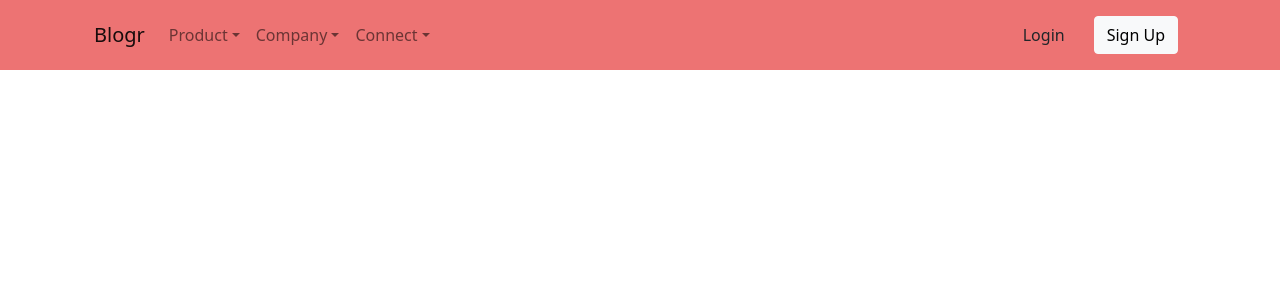
Repository: badhon252/blogr-landing-page
Page: /
These files come from the project's save history. The page is drawn as it stood at one moment and after the next save; the edit follows.
The browser window is 1280 px wide. The pictures show the whole page.
The project was rebuilt for these pictures with package versions that can differ from the ones it lists, and the page was loaded fresh each time.

Above is the page before, as saved 2022-01-17 22:05:05.

### public/index.html
<!DOCTYPE html>
<html lang="en">

<head>
  <meta charset="utf-8" />
  <link rel="icon" href="%PUBLIC_URL%/favicon.ico" />
  <meta name="viewport" content="width=device-width, initial-scale=1" />
  <meta name="theme-color" content="#000000" />
  <meta name="description" content="Web site created using create-react-app" />
  <link rel="apple-touch-icon" href="%PUBLIC_URL%/logo192.png" />

  <link rel="manifest" href="%PUBLIC_URL%/manifest.json" />
  <!-- Bootstrap css  -->
  <link href="https://cdn.jsdelivr.net/npm/bootstrap@5.1.3/dist/css/bootstrap.min.css" rel="stylesheet"
    integrity="sha384-1BmE4kWBq78iYhFldvKuhfTAU6auU8tT94WrHftjDbrCEXSU1oBoqyl2QvZ6jIW3" crossorigin="anonymous">


  <title>Blogr</title>
</head>

<body>
  <noscript>You need to enable JavaScript to run this app.</noscript>
  <div id="root"></div>

  <!-- Bootstrap js  -->
  <script src="https://cdn.jsdelivr.net/npm/bootstrap@5.1.3/dist/js/bootstrap.bundle.min.js"
    integrity="sha384-ka7Sk0Gln4gmtz2MlQnikT1wXgYsOg+OMhuP+IlRH9sENBO0LRn5q+8nbTov4+1p"
    crossorigin="anonymous"></script>

</body>

</html>

### src/App.js
import Maincomp from "./components/MainComp";

function App() {
  return (
    <div className="App">
      <Maincomp />
    </div>
  );
}

export default App;

### src/components/MainComp.js
import React from "react";
import Header from "./Header/Header";

const Maincomp = () => {
  return (
    <div>
      <Header />
    </div>
  );
};

export default Maincomp;

### src/components/Header/Header.js
import React from "react";
import Nav from "./Nav";
import "../styles/index.css";

export default function Header() {
  return (
    <div className="header">
      <div className="container">
        <Nav />
      </div>
    </div>
  );
}

### src/components/Header/Nav.js
import React from "react";

const Nav = () => {
  return (
    <div>
      <nav className="navbar navbar-expand-lg navbar-light">
        <div className="container-fluid">
          <a className="navbar-brand" href="/">
            Blogr
          </a>
          <button
            className="navbar-toggler"
            type="button"
            data-bs-toggle="collapse"
            data-bs-target="#navbarSupportedContent"
            aria-controls="navbarSupportedContent"
            aria-expanded="false"
            aria-label="Toggle navigation"
          >
            <span className="navbar-toggler-icon"></span>
          </button>
          <div className="collapse navbar-collapse" id="navbarSupportedContent">
            <ul className="navbar-nav mb-2 mb-lg-0">
              <li className="nav-item dropdown">
                <a
                  className="nav-link dropdown-toggle"
                  href="/"
                  id="navbarDropdown"
                  role="button"
                  data-bs-toggle="dropdown"
                  aria-expanded="false"
                >
                  Product
                </a>
                <ul className="dropdown-menu" aria-labelledby="navbarDropdown">
                  <li>
                    <a className="dropdown-item" href="/">
                      Action
                    </a>
                  </li>
                  <li>
                    <a className="dropdown-item" href="/">
                      Another action
                    </a>
                  </li>
                  <li>
                    <hr className="dropdown-divider" />
                  </li>
                  <li>
                    <a className="dropdown-item" href="/">
                      Something else here
                    </a>
                  </li>
                </ul>
              </li>{" "}
              <li className="nav-item dropdown">
                <a
                  className="nav-link dropdown-toggle"
                  href="/"
                  id="navbarDropdown"
                  role="button"
                  data-bs-toggle="dropdown"
                  aria-expanded="false"
                >
                  Company
                </a>
                <ul className="dropdown-menu" aria-labelledby="navbarDropdown">
                  <li>
                    <a className="dropdown-item" href="/">
                      Action
                    </a>
                  </li>
                  <li>
                    <a className="dropdown-item" href="/">
                      Another action
                    </a>
                  </li>
                  <li>
                    <hr className="dropdown-divider" />
                  </li>
                  <li>
                    <a className="dropdown-item" href="/">
                      Something else here
                    </a>
                  </li>
                </ul>
              </li>{" "}
              <li className="nav-item dropdown">
                <a
                  className="nav-link dropdown-toggle"
                  href="/"
                  id="navbarDropdown"
                  role="button"
                  data-bs-toggle="dropdown"
                  aria-expanded="false"
                >
                  Connect
                </a>
                <ul className="dropdown-menu" aria-labelledby="navbarDropdown">
                  <li>
                    <a className="dropdown-item" href="/">
                      Action
                    </a>
                  </li>
                  <li>
                    <a className="dropdown-item" href="/">
                      Another action
                    </a>
                  </li>
                  <li>
                    <hr className="dropdown-divider" />
                  </li>
                  <li>
                    <a className="dropdown-item" href="/">
                      Something else here
                    </a>
                  </li>
                </ul>
              </li>
            </ul>
            {/* login & sign-up */}
            <ul className="navbar-nav ms-auto">
              <li className="nav-item">
                <a className="nav-link" href="/">
                  <button type="button" class="btn">
                    Login
                  </button>
                </a>
              </li>{" "}
              <li className="nav-item">
                <a className="nav-link" href="/">
                  <button type="button" class="btn btn-light">
                    Sign Up
                  </button>
                </a>
              </li>
            </ul>
          </div>
        </div>
      </nav>
    </div>
  );
};

export default Nav;

### src/components/styles/index.css
.header {
  background-color: rgb(237, 115, 115);
  color: rgb(255, 255, 255);
  /* clip-path: circle(73.8% at 63% 38%); */
}

Loaded but not shown: src/index.js (common file); src/reportWebVitals.js (common file)

After the next save:
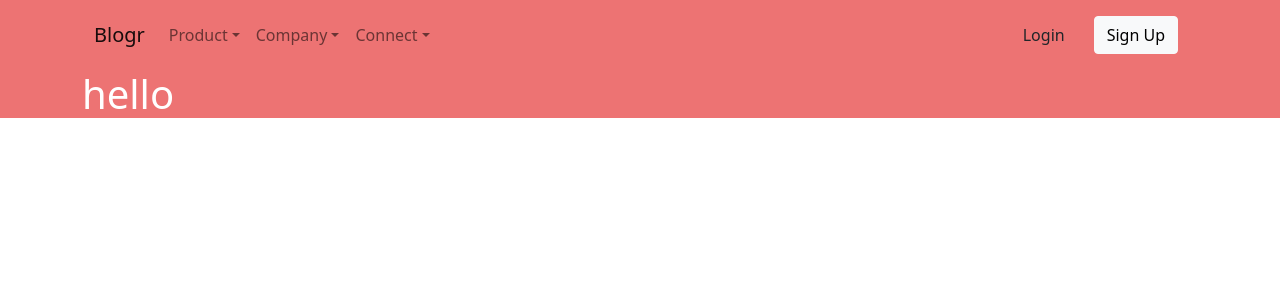
Saved 31 s later.
--- a/src/components/Header/Header.js
+++ b/src/components/Header/Header.js
@@ -7,6 +7,7 @@
     <div className="header">
       <div className="container">
         <Nav />
+        <h1>hello</h1>
       </div>
     </div>
   );

After the save that followed:
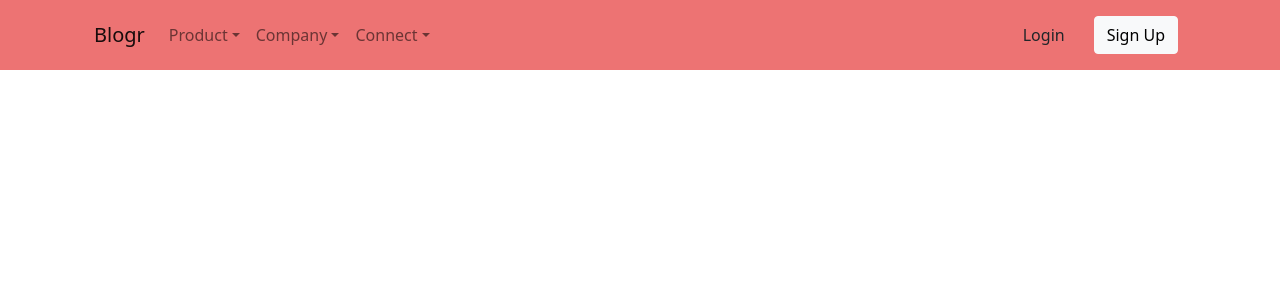
Saved 12 s later.
--- a/src/components/Header/Header.js
+++ b/src/components/Header/Header.js
@@ -7,7 +7,6 @@
     <div className="header">
       <div className="container">
         <Nav />
-        <h1>hello</h1>
       </div>
     </div>
   );
